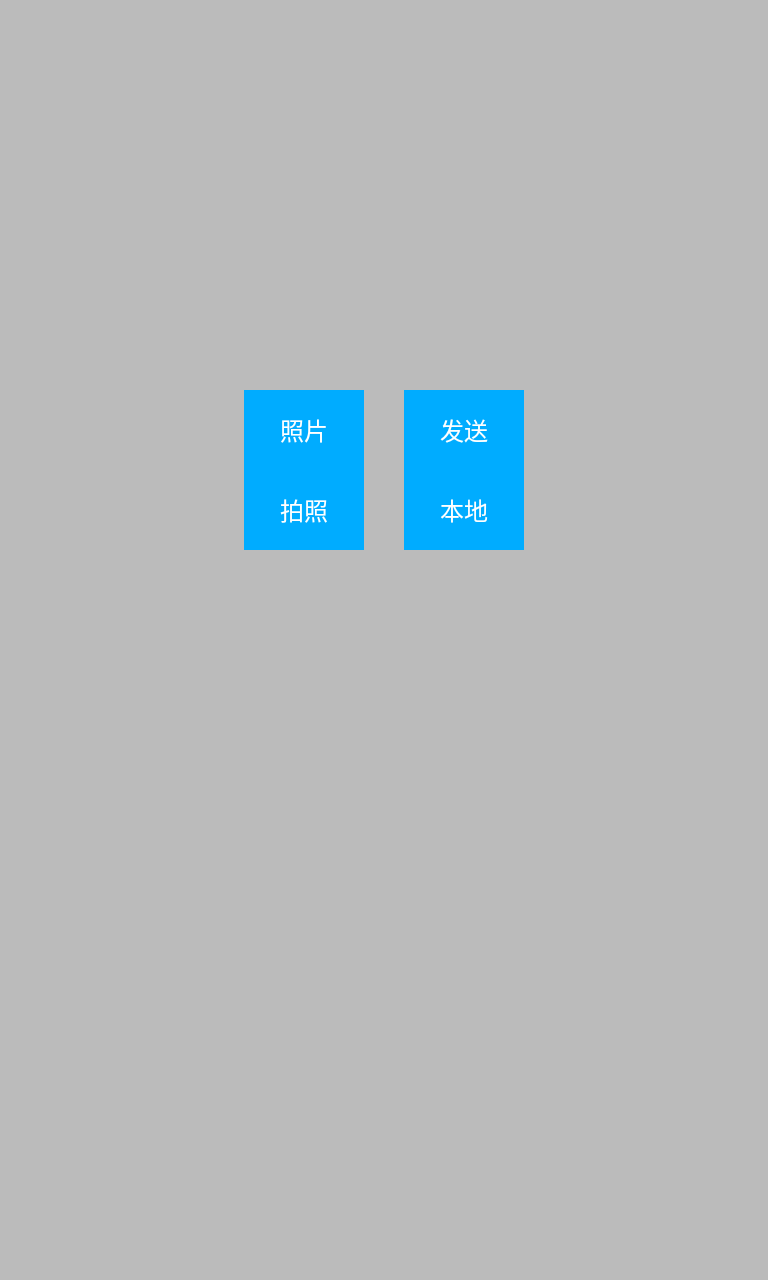
Repository: fanloveoupao/WecharTest
Layout: TestWechar/res/layout/chhose_photos.xml
The author's editor kept a copy of each file at every save. The layout is drawn from the files as they stood at one save, then again after the next save.
It is drawn on a 768 x 1280 px phone screen (xhdpi) without system bars, with theme AppTheme; the app's code is not run.

Above is the layout before, as saved 2015-10-11 07:59:00.

### TestWechar/res/layout/chhose_photos.xml
<?xml version="1.0" encoding="utf-8"?>
<LinearLayout xmlns:android="http://schemas.android.com/apk/res/android"
    android:layout_width="match_parent"
    android:layout_height="match_parent"
    android:background="@drawable/bg"
    android:gravity="center"
    android:orientation="vertical" >

    <LinearLayout
        android:id="@+id/btn_layout"
        android:layout_width="fill_parent"
        android:layout_height="wrap_content"
        android:gravity="center"
        android:orientation="horizontal" >

        <Button
            android:id="@+id/btn_choose"
            android:layout_width="60dp"
            android:layout_height="40dp"
            android:layout_marginRight="10dp"
            android:background="@drawable/button_login_bg"
            android:text="照片"
            android:textColor="@color/white"
            android:textSize="12dp" />

        <Button
            android:id="@+id/btn_send"
            android:layout_width="60dp"
            android:layout_height="40dp"
            android:layout_marginLeft="10dp"
            android:background="@drawable/button_login_bg"
            android:text="发送"
            android:textColor="@color/white"
            android:textSize="12dp" />
    </LinearLayout>
    <!--  -->

    <LinearLayout
        android:id="@+id/btn_layout"
        android:layout_width="fill_parent"
        android:layout_height="wrap_content"
        android:gravity="center"
        android:orientation="horizontal" >

        <Button
            android:id="@+id/btn_photo"
            android:layout_width="60dp"
            android:layout_height="40dp"
            android:layout_marginRight="10dp"
            android:background="@drawable/button_login_bg"
            android:text="拍照"
            android:textColor="@color/white"
            android:textSize="12dp" />

        <Button
            android:id="@+id/btn_native"
            android:layout_width="60dp"
            android:layout_height="40dp"
            android:layout_marginLeft="10dp"
            android:background="@drawable/button_login_bg"
            android:text="本地"
            android:textColor="@color/white"
            android:textSize="12dp" />
    </LinearLayout>
    <!--  -->

    <LinearLayout
        android:layout_width="wrap_content"
        android:layout_height="wrap_content"
        android:layout_marginTop="20dp"
        android:gravity="center" >

        <ImageView
            android:id="@+id/img_photo"
            android:layout_width="wrap_content"
            android:layout_height="wrap_content"
            android:adjustViewBounds="true"
            android:maxHeight="400dp"
            android:maxWidth="300dp"
            android:minHeight="150dp"
            android:minWidth="150dp" />
    </LinearLayout>

</LinearLayout>

### TestWechar/res/values/styles.xml
<resources>

    <!--
        Base application theme, dependent on API level. This theme is replaced
        by AppBaseTheme from res/values-vXX/styles.xml on newer devices.











    -->
    <style name="AppBaseTheme" parent="android:Theme.Light">
        <!--
            Theme customizations available in newer API levels can go in
            res/values-vXX/styles.xml, while customizations related to
            backward-compatibility can go here.






        -->
    </style>

    <!-- Application theme. -->
    <style name="AppTheme" parent="AppBaseTheme">
        <!-- All customizations that are NOT specific to a particular API-level can go here. -->
    </style>

    <style name="animationmsg">
        <item name="android:windowEnterAnimation">@anim/msg_enter</item>
        <item name="android:windowExitAnimation">@anim/msg_exit</item>
    </style>

</resources>

### TestWechar/res/values/color.xml
<?xml version="1.0" encoding="utf-8"?>
<resources>

    <color name="white">#ffffffff</color>
    <color name="window_bg">#fff0f3f6</color>
    <color name="title_bg">#ff54acea</color>
    <color name="chat_text">#ff333333</color>
    <color name="common_top_bar_blue">#4ebcd3</color>
    <color name="btn_login_normal">#00acff</color>
    <color name="btn_login_pressed">#46678d</color>
    <color name="btn_logout_normal">#d33f3f</color>
    <color name="btn_logout_pressed">#DA5A4D</color>
    <color name="btn_register_normal">#ffffff</color>
    <color name="btn_register_pressed">#00acff</color>
    <color name="common_bottom_bar_normal_bg">#2d2f31</color>
    <color name="common_bottom_bar_selected_bg">#161718</color>
    <color name="common_botton_bar_blue">#2ea7e0</color>
    <color name="common_bg">#fcfcfc</color>
    <color name="btn_pressed_green_solid">#B6DA53</color>
    <color name="divider_list">#d4d4d4</color>
    <color name="top_bar_normal_bg">#00acff</color>
    <color name="error_item_color">#F6EBE6</color>
    <color name="bottom_bar_normal_bg">#2D2F31</color>
    <color name="bottom_text_color_normal">#ffffff</color>
    <color name="btn_white_normal">#f7f8f8</color>
    <color name="btn_white_pressed">#b5b5b6</color>
    <color name="btn_green_noraml">#68C270</color>
    <color name="btn_green_pressed">#6FCD78</color>
    <color name="btn_gray_normal">#c0c0c0</color>
    <color name="btn_gray_pressed_status">#b5b5b6</color>
    <color name="btn_gray_pressed">#666667</color>
    <color name="btn_blue_normal">#1e90ff</color>
    <color name="btn_blue_pressed">#0066FF</color>
    <color name="orange">#FFA500</color>
    <color name="gray_pressed">#b5b5b6</color>
    <color name="gray_normal">#666667</color>
    <color name="grid_state_pressed">#1Affffff</color>
    <color name="grid_state_focused">#80000000</color>
    <color name="voip_interface_text_color">#bababa</color>
    <color name="black_deep">#FF000000</color>
    <color name="btn_answer_pressed">#4ebcd3</color>
    <color name="btn_answer_normal">#2dafa3</color>

</resources>

Loaded but not shown: TestWechar/res/values-v11/styles.xml (common file); TestWechar/res/values-v14/styles.xml (common file); TestWechar/res/drawable/button_login_bg.xml (common file)

After the next save:
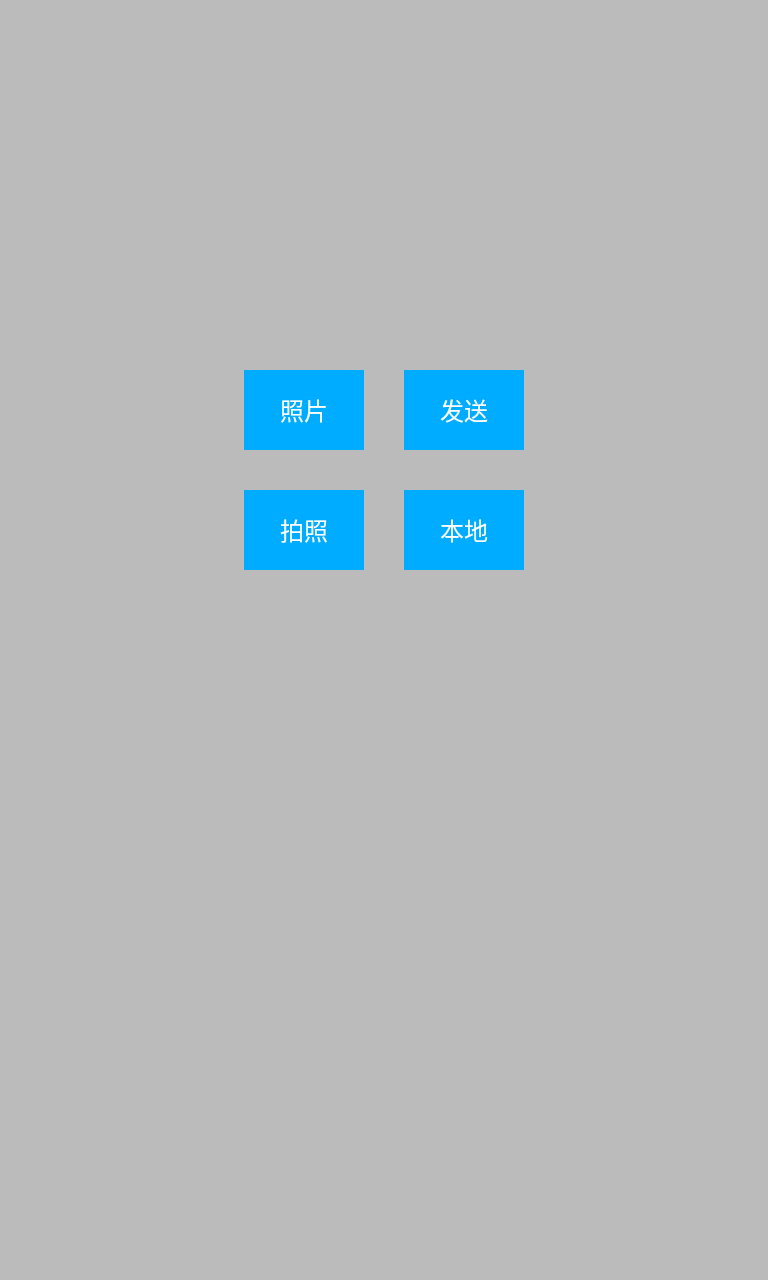
Saved 28 s later.
--- a/TestWechar/res/layout/chhose_photos.xml
+++ b/TestWechar/res/layout/chhose_photos.xml
@@ -36,9 +36,10 @@
     <!--  -->
 
     <LinearLayout
-        android:id="@+id/btn_layout"
+        android:id="@+id/choose_layout"
         android:layout_width="fill_parent"
         android:layout_height="wrap_content"
+        android:layout_marginTop="20dp"
         android:gravity="center"
         android:orientation="horizontal" >
 
